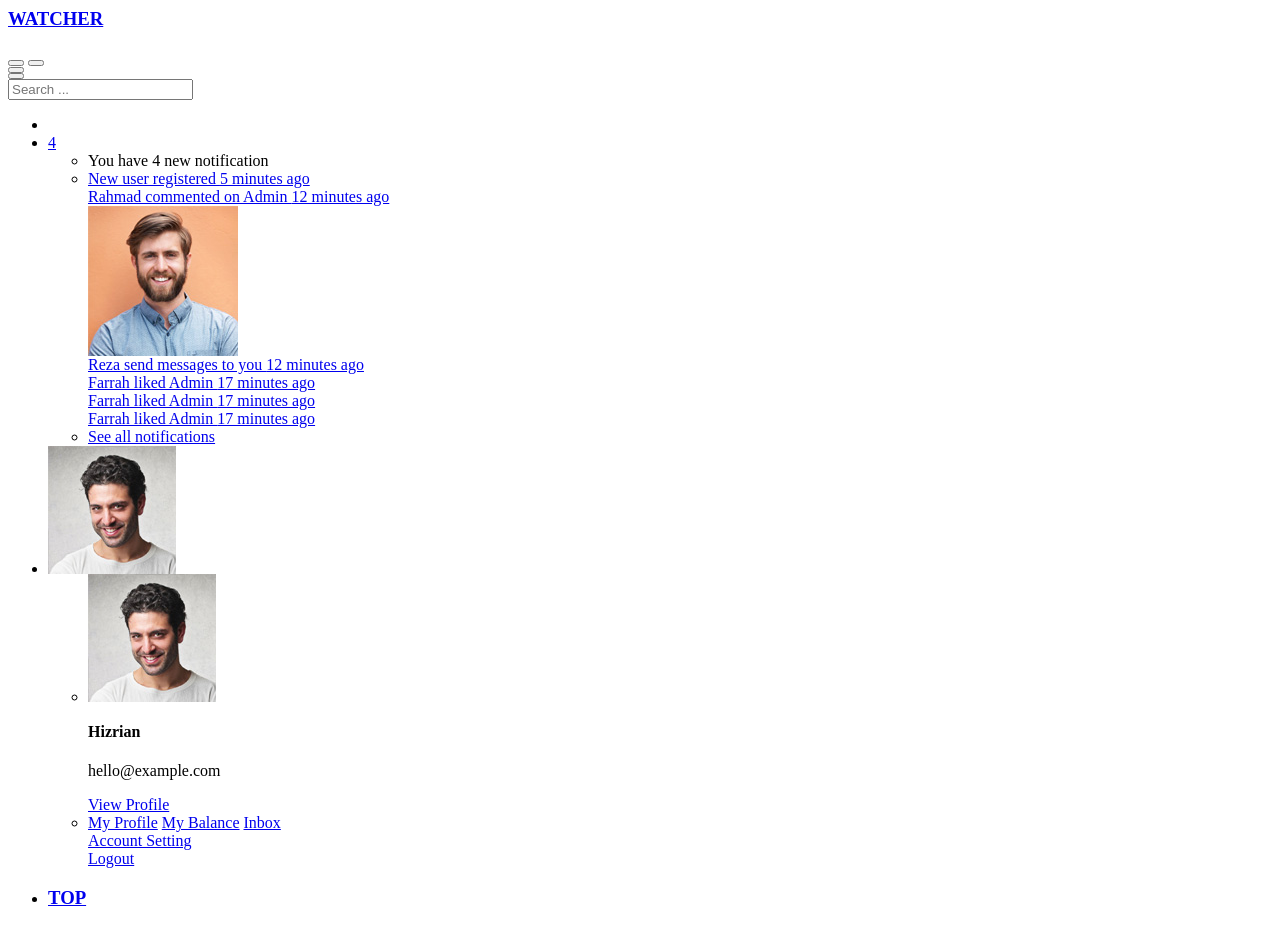
Repository: wkdanlwo091/iot_final
Page: http://localhost/top/view/main/header.jsp
The author's editor kept a copy of each file at every save. The page is drawn from the files as they stood at one save, then again after the next save.
The browser window is 1280 px wide. The pictures show the whole page.
The page is served by Tomcat 9.

Above is the page before, as saved 2020-04-22 08:33:56.

After the next save:
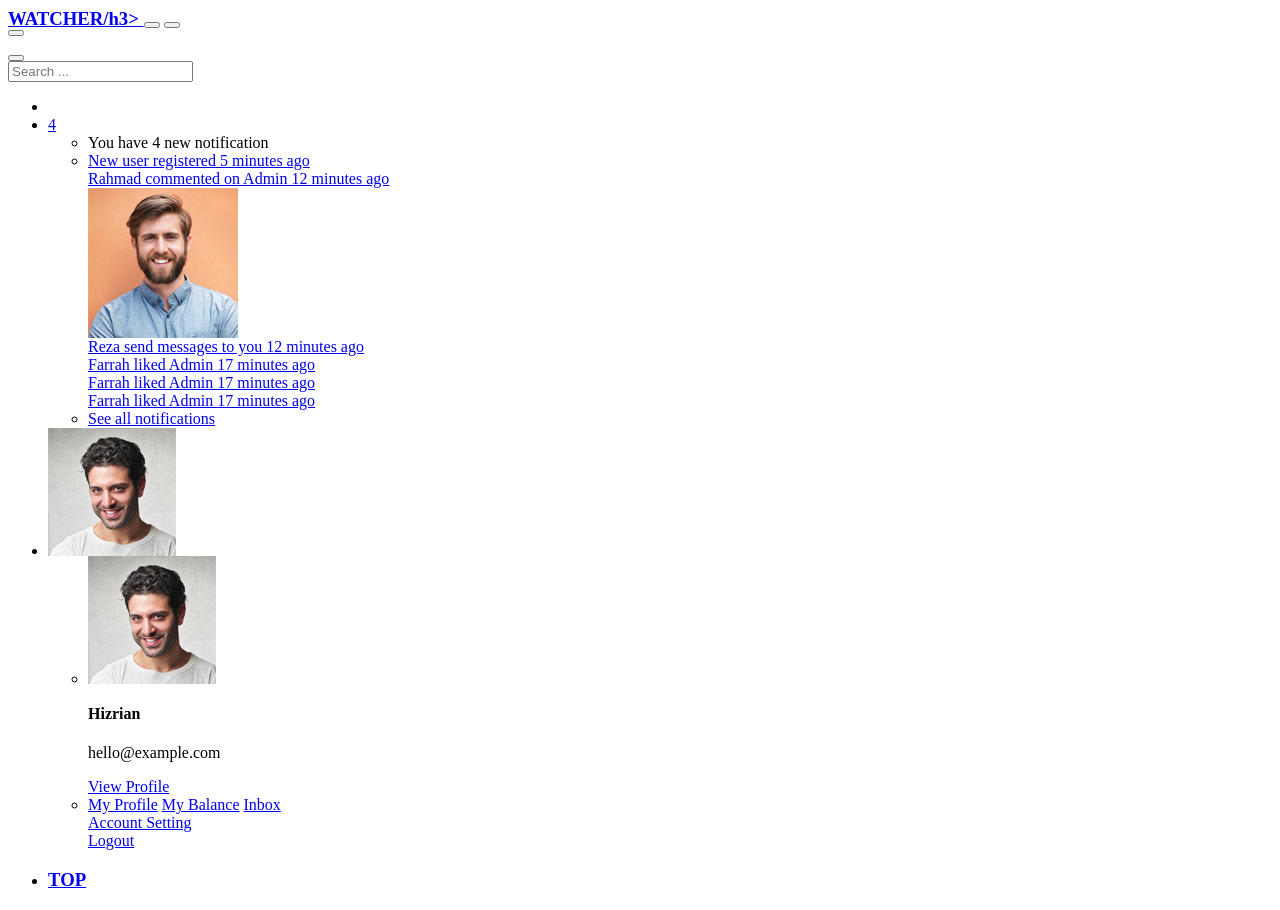
Saved 9 s later.
--- a/jmj4.zip_expanded/top/web/view/main/header.jsp
+++ b/jmj4.zip_expanded/top/web/view/main/header.jsp
@@ -7,7 +7,7 @@
 	<div class="logo-header">
 
 		<a href="index.html" class="logo">
-			<h3 class="navbar-brand">WATCHER${loginId }</h3>
+			<h3 class="navbar-brand">WATCHER/h3>
 		</a>
 		<button class="navbar-toggler sidenav-toggler ml-auto" type="button"
 			data-toggle="collapse" data-target="collapse" aria-expanded="false"
